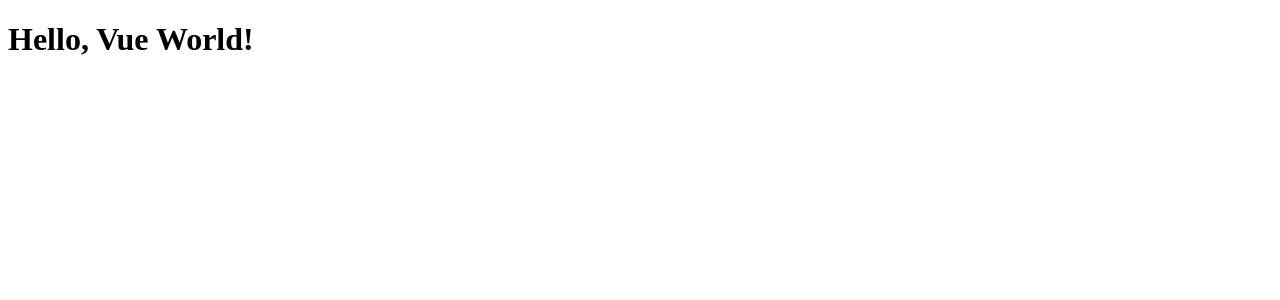
Repository: WAY-C/JSCodes
Page: Vue/03数据绑定/数据绑定.html
An editor plug-in stored every save of this project. The page is shown before and after the next save, followed by the edit.
The browser window is 1280 px wide. The pictures show the whole page.

Above is the page before, as saved 2021-08-26 09:41:47.

### Vue/03数据绑定/数据绑定.html
<!DOCTYPE html>
<html>

<head>
    <meta charset="UTF-8">
    <title>单向数据绑定</title>
    <!-- 引入Vue -->
    <script type="text/javascript" src="../js/vue.js"></script>
    <!-- 全局多了一个Vue构造函数 -->
</head>

<body>
    <!-- 准备好一个容器 -->
    <div id="root">
        <h1>Hello, {{name}}</h1>
    </div>
    <script type="text/javascript">
        Vue.config.productionTip = false; //阻止Vue在启动时产生生产提示

        // 创建Vue实例
        // const x = new Vue({
        new Vue({
            el: '#root', //el属性用于指定当前Vue实例为那个容器服务，值通常为CSS选择器字符串
            data: { //data用于存储数据，供el选择的容器使用，值暂时为一个对象
                name: 'Vue World!'
            },

        });
    </script>
</body>

</html>

Loaded but not shown: Vue/js/vue.js (library)

After the next save:
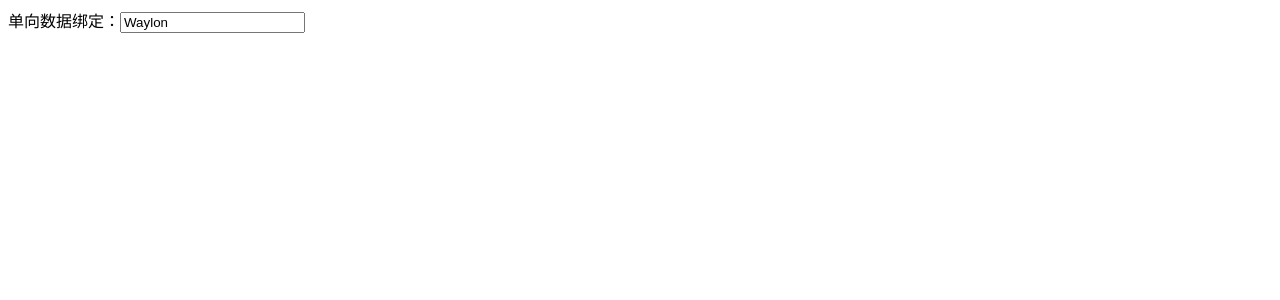
Saved 2 min 5 s later.
--- a/Vue/03数据绑定/数据绑定.html
+++ b/Vue/03数据绑定/数据绑定.html
@@ -3,7 +3,7 @@
 
 <head>
     <meta charset="UTF-8">
-    <title>单向数据绑定</title>
+    <title>数据绑定</title>
     <!-- 引入Vue -->
     <script type="text/javascript" src="../js/vue.js"></script>
     <!-- 全局多了一个Vue构造函数 -->
@@ -12,7 +12,7 @@
 <body>
     <!-- 准备好一个容器 -->
     <div id="root">
-        <h1>Hello, {{name}}</h1>
+        单向数据绑定：<input type="text" :value="name">
     </div>
     <script type="text/javascript">
         Vue.config.productionTip = false; //阻止Vue在启动时产生生产提示
@@ -22,7 +22,7 @@
         new Vue({
             el: '#root', //el属性用于指定当前Vue实例为那个容器服务，值通常为CSS选择器字符串
             data: { //data用于存储数据，供el选择的容器使用，值暂时为一个对象
-                name: 'Vue World!'
+                name: 'Waylon'
             },
 
         });
